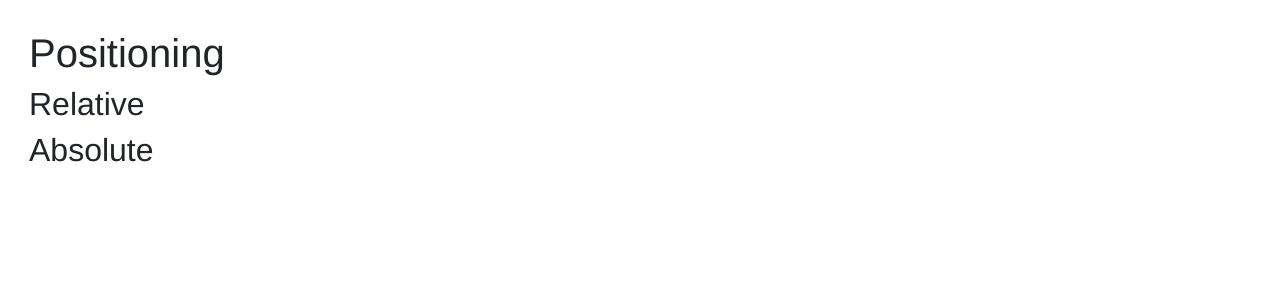
Repository: alboss/bit-175
Page: docs/positioning.html
An editor plug-in stored every save of this project. The page is shown before and after a run of saves, followed by the edit.
The browser window is 1280 px wide. The pictures show the whole page.

Above is the page before, as saved 2023-04-24 11:35:11.

After the next 2 saves:
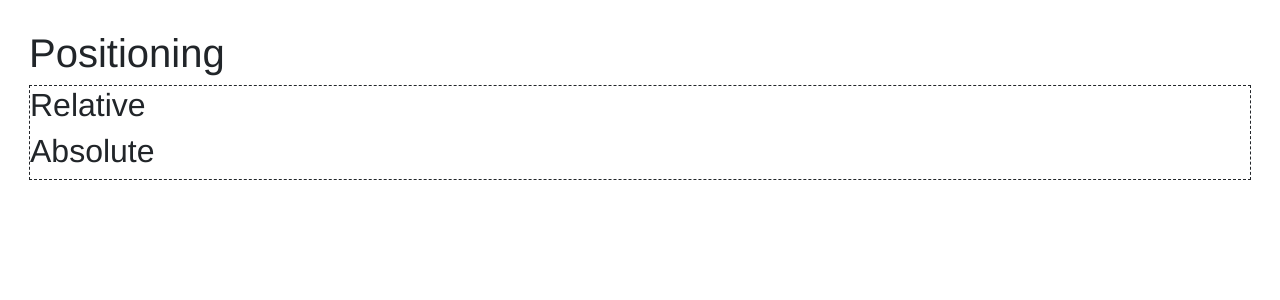
The 2 saves are shown as one change because they came seconds apart.
The last was saved 7 s later.
--- a/docs/positioning.html
+++ b/docs/positioning.html
@@ -26,7 +26,7 @@
         padding: 2em;
       }
       main {
-        border: 1px dashed #
+        border: 1px dashed
       }
     </style>
   </head>
